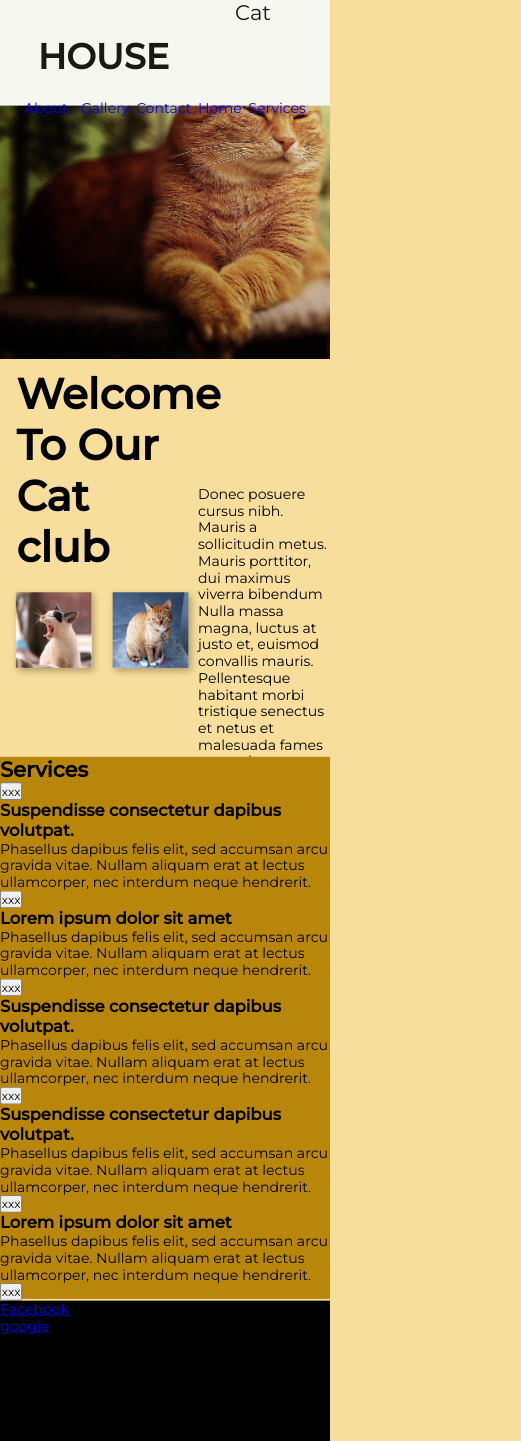
Repository: raul4264/final
Page: index.html
The author's editor kept a copy of each file at every save. The page is drawn from the files as they stood at one save, then again after the next save.
The browser window is 375 px wide. The page is 592 px wide, so the pictures cover 592 px, including what lies to the right of the window. The pictures show the whole page, at 88% of full size.

Above is the page before, as saved 2021-03-25 09:45:13.

After the next save:
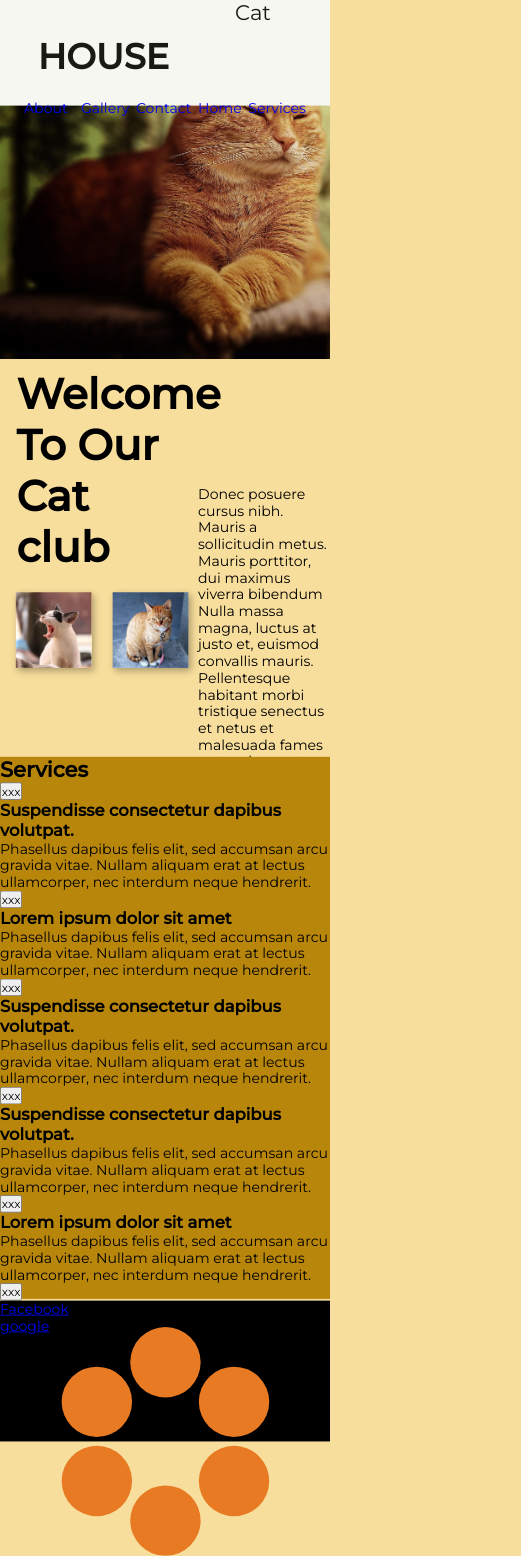
Saved 116 s later.
--- a/css/estilos.css
+++ b/css/estilos.css
@@ -130,12 +130,108 @@
         grid-template-rows: ;
         margin-bottom: 10px;
     }
-    #container:hover .circle1{transform: translate(0, -150px); }
-#container:hover .circle2{ transform: translate(129.904px, -75px); }
-#container:hover .circle3{ transform: translate(129.904px, 75px); }
-#container:hover .circle4{ transform: translate(0, 150px); }
-#container:hover .circle5{ transform: translate(-129.904px, 75px); }
-#container:hover .circle6{ transform: translate(-129.904px, -75px); }
+    #container{
+        height: 100%;
+        position: relative;
+        text-align: center;
+        width: 100%;
+    }
+
+    .center{
+        left: 50%;
+        position: absolute;
+        top: 50%;
+    }
+
+    .circle{
+        background: #e87a24;
+        border-radius: 50%;
+        -webkit-border-radius: 50%;
+        -moz-border-radius: 50%;
+        display: inline-block;
+        height: 80px;
+        left: -40px;
+        position: absolute;
+        top: -40px;
+        width: 80px;
+    }
+
+    /* ESTILO BASE */
+    #container .circle1{
+        transform: translate(0, -90px);
+        -moz-transform: translate(0, -90px);
+        -webkit-transform: translate(0, -90px);
+    }
+
+    #container .circle2{
+        transform: translate(77.942px, -45px);
+        -moz-transform: translate(77.942px, -45px);
+        -webkit-transform: translate(77.942px, -45px);
+    }
+
+    #container .circle3{
+        transform: translate(77.942px, 45px);
+        -moz-transform: translate(77.942px, 45px);
+        -webkit-transform: translate(77.942px, 45px);
+    }
+
+    #container .circle4{
+        transform: translate(0, 90px);
+        -moz-transform: translate(0, 90px);
+        -webkit-transform: translate(0, 90px);
+    }
+
+    #container .circle5{
+        transform: translate(-77.942px, 45px);
+        -moz-transform: translate(-77.942px, 45px);
+        -webkit-transform: translate(-77.942px, 45px);
+    }
+
+    #container .circle6{
+        transform: translate(-77.942px, -45px);
+        -moz-transform: translate(-77.942px, -45px);
+        -webkit-transform: translate(-77.942px, -45px);
+    }
+
+    /* ESTILO HOVER */
+    #container:hover .circle1{
+        transform: translate(0, -150px);
+        -moz-transform: translate(0, -150px);
+        -webkit-transform: translate(0, -150px);
+    }
+
+    #container:hover .circle2{
+        transform: translate(129.904px, -75px);
+        -moz-transform: translate(129.904px, -75px);
+        -webkit-transform: translate(129.904px, -75px);
+    }
+
+    #container:hover .circle3{
+        transform: translate(129.904px, 75px);
+        -moz-transform: translate(129.904px, 75px);
+        -webkit-transform: translate(129.904px, 75px);
+    }
+
+    #container:hover .circle4{
+        transform: translate(0, 150px);
+        -moz-transform: translate(0, 150px);
+        -webkit-transform: translate(0, 150px);
+    }
+
+    #container:hover .circle5{
+        transform: translate(-129.904px, 75px);
+        -moz-transform: translate(-129.904px, 75px);
+        -webkit-transform: translate(-129.904px, 75px);
+    }
+
+    #container:hover .circle6{
+        transform: translate(-129.904px, -75px);
+        -moz-transform: translate(-129.904px, -75px);
+        -webkit-transform: translate(-129.904px, -75px);
+    }
+
+
+
 }
 
 

After the save that followed:
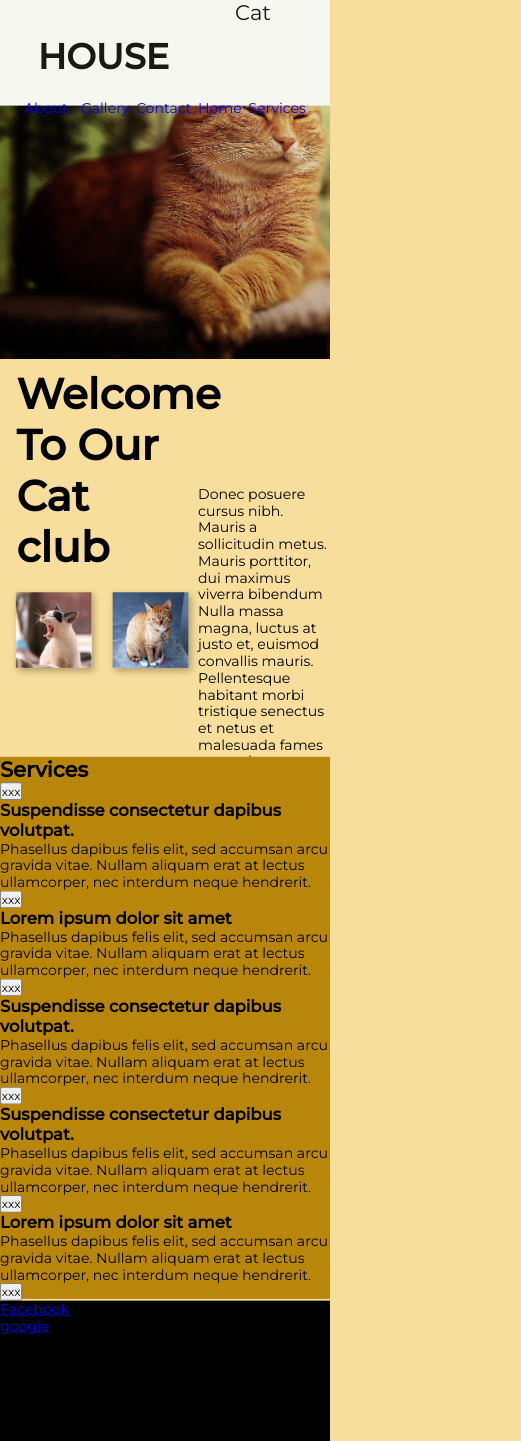
Saved 3 min 19 s later.
--- a/css/estilos.css
+++ b/css/estilos.css
@@ -130,107 +130,6 @@
         grid-template-rows: ;
         margin-bottom: 10px;
     }
-    #container{
-        height: 100%;
-        position: relative;
-        text-align: center;
-        width: 100%;
-    }
-
-    .center{
-        left: 50%;
-        position: absolute;
-        top: 50%;
-    }
-
-    .circle{
-        background: #e87a24;
-        border-radius: 50%;
-        -webkit-border-radius: 50%;
-        -moz-border-radius: 50%;
-        display: inline-block;
-        height: 80px;
-        left: -40px;
-        position: absolute;
-        top: -40px;
-        width: 80px;
-    }
-
-    /* ESTILO BASE */
-    #container .circle1{
-        transform: translate(0, -90px);
-        -moz-transform: translate(0, -90px);
-        -webkit-transform: translate(0, -90px);
-    }
-
-    #container .circle2{
-        transform: translate(77.942px, -45px);
-        -moz-transform: translate(77.942px, -45px);
-        -webkit-transform: translate(77.942px, -45px);
-    }
-
-    #container .circle3{
-        transform: translate(77.942px, 45px);
-        -moz-transform: translate(77.942px, 45px);
-        -webkit-transform: translate(77.942px, 45px);
-    }
-
-    #container .circle4{
-        transform: translate(0, 90px);
-        -moz-transform: translate(0, 90px);
-        -webkit-transform: translate(0, 90px);
-    }
-
-    #container .circle5{
-        transform: translate(-77.942px, 45px);
-        -moz-transform: translate(-77.942px, 45px);
-        -webkit-transform: translate(-77.942px, 45px);
-    }
-
-    #container .circle6{
-        transform: translate(-77.942px, -45px);
-        -moz-transform: translate(-77.942px, -45px);
-        -webkit-transform: translate(-77.942px, -45px);
-    }
-
-    /* ESTILO HOVER */
-    #container:hover .circle1{
-        transform: translate(0, -150px);
-        -moz-transform: translate(0, -150px);
-        -webkit-transform: translate(0, -150px);
-    }
-
-    #container:hover .circle2{
-        transform: translate(129.904px, -75px);
-        -moz-transform: translate(129.904px, -75px);
-        -webkit-transform: translate(129.904px, -75px);
-    }
-
-    #container:hover .circle3{
-        transform: translate(129.904px, 75px);
-        -moz-transform: translate(129.904px, 75px);
-        -webkit-transform: translate(129.904px, 75px);
-    }
-
-    #container:hover .circle4{
-        transform: translate(0, 150px);
-        -moz-transform: translate(0, 150px);
-        -webkit-transform: translate(0, 150px);
-    }
-
-    #container:hover .circle5{
-        transform: translate(-129.904px, 75px);
-        -moz-transform: translate(-129.904px, 75px);
-        -webkit-transform: translate(-129.904px, 75px);
-    }
-
-    #container:hover .circle6{
-        transform: translate(-129.904px, -75px);
-        -moz-transform: translate(-129.904px, -75px);
-        -webkit-transform: translate(-129.904px, -75px);
-    }
-
-
 
 }
 
